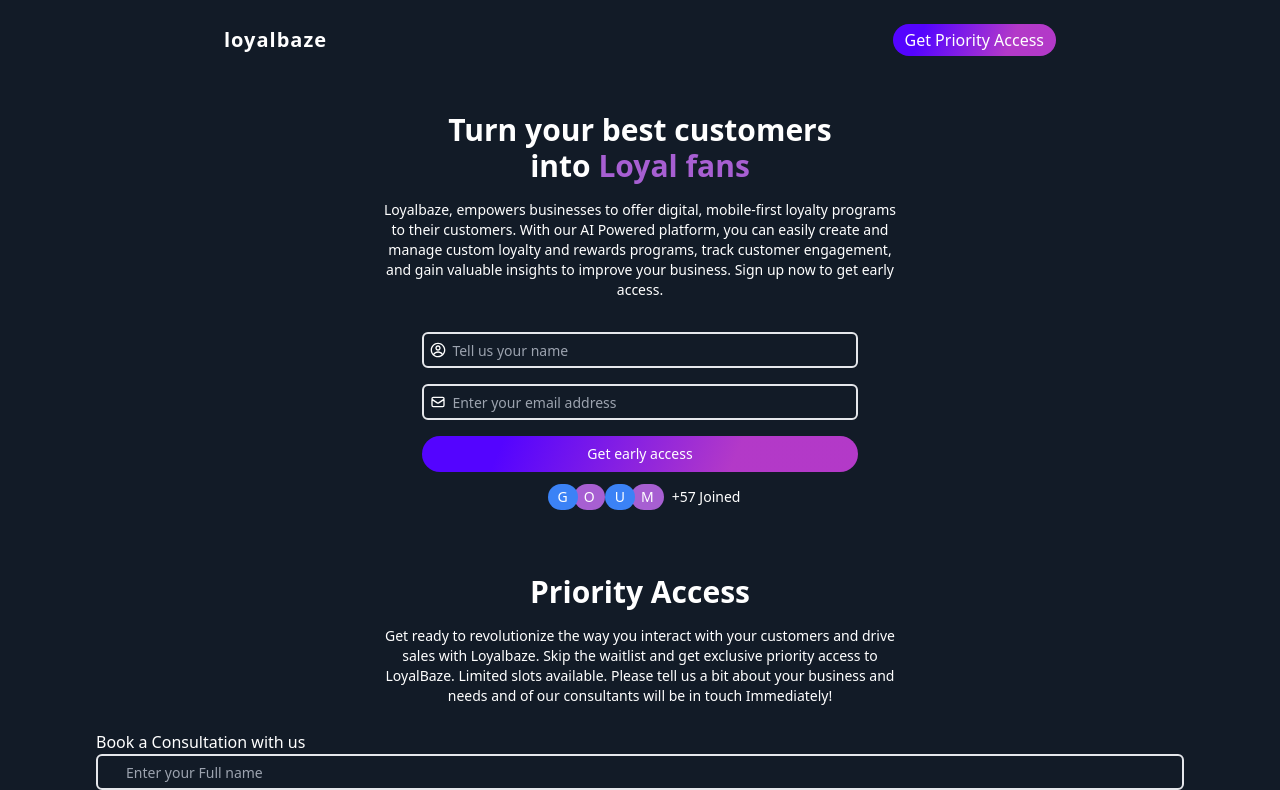
Repository: Jerified/loyalbaze
Page: /
These files come from the project's save history. The page is drawn as it stood at one moment and after the next save; the edit follows.
The browser window is 1280 px wide. The pictures show the whole page.
The project was rebuilt for these pictures with package versions that can differ from the ones it lists, and the page was loaded fresh each time. The framework's server and built-in components were replaced by stand-ins that run in the browser. Also part of the build but not shown: next.config.js.

Above is the page before, as saved 2023-02-11 07:25:51.

After the next save:
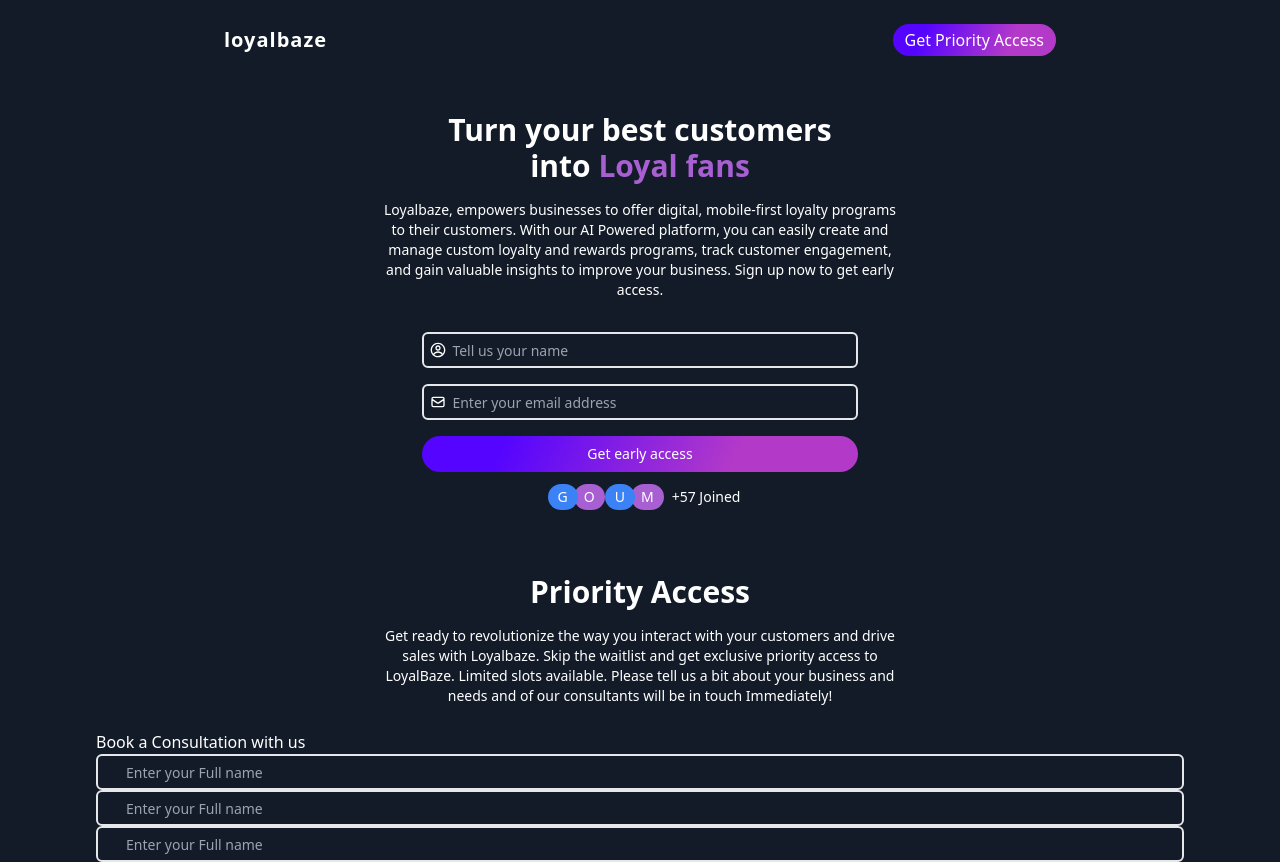
Saved 9 s later.
--- a/src/components/Form.tsx
+++ b/src/components/Form.tsx
@@ -18,7 +18,18 @@ const Form = () => {
           <p className="">Book a Consultation with us</p>
           <input
             type="text"
-            className="bg-inherit border-2 w-full rounded-md py-1 px-2 pl-7 placeholder:text-[14px]" placeholder='Enter your Full name'
+            className="bg-inherit border-2 w-full rounded-md py-1 px-2 pl-7 placeholder:text-[14px]"
+            placeholder="Enter your Full name"
+          />
+          <input
+            type="text"
+            className="bg-inherit border-2 w-full rounded-md py-1 px-2 pl-7 placeholder:text-[14px]"
+            placeholder="Enter your Full name"
+          />
+          <input
+            type="text"
+            className="bg-inherit border-2 w-full rounded-md py-1 px-2 pl-7 placeholder:text-[14px]"
+            placeholder="Enter your Full name"
           />
         </form>
       </main>
